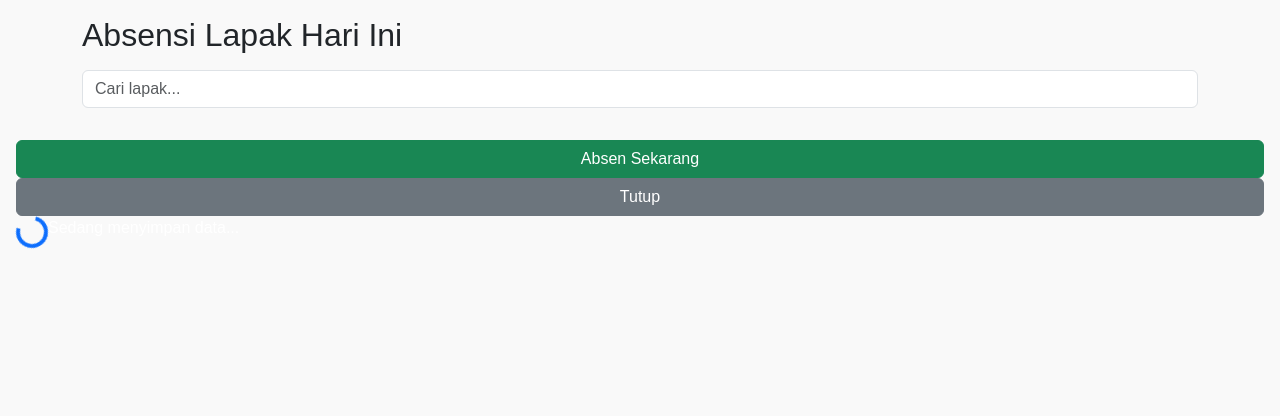
Repository: pasarrakyatbak/absensi
Page: index.html
An editor plug-in stored every save of this project. The page is shown before and after the next save, followed by the edit.
The browser window is 1280 px wide. The pictures show the whole page.
The page's requests for data from a server got no answer.

Above is the page before, as saved 2025-09-22 00:11:59.

After the next save:
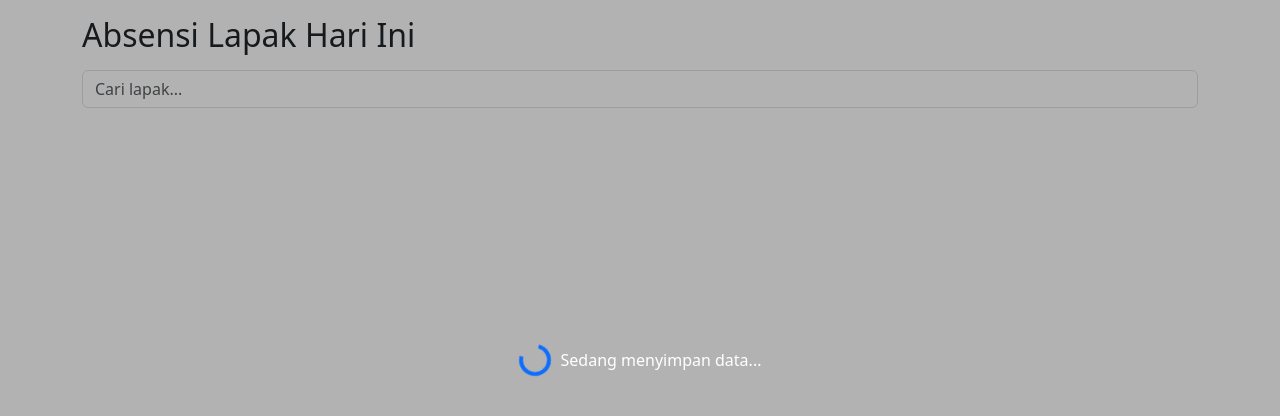
Saved 8 s later.
--- a/style.css
+++ b/style.css
@@ -1,23 +1,51 @@
-body {
-    background: #f9f9f9;
-    font-family: 'Poppins', sans-serif;
+.lapak-card {
+    cursor: pointer;
+    transition: transform 0.2s;
 }
 
-.lapak-card {
-    transition: transform 0.2s;
-    cursor: pointer;
-    user-select: none;
+.lapak-card:hover:not(.disabled) {
+    transform: scale(1.05);
 }
 
-.lapak-card:hover {
-    transform: scale(1.02);
-}
-
-.lapak-card.disabled {
+.disabled {
     pointer-events: none;
     opacity: 0.7;
 }
 
-.text-success {
-    font-weight: bold;
+#absensiModal {
+    display: none;
+    position: fixed;
+    top: 0;
+    left: 0;
+    width: 100%;
+    height: 100%;
+    background: rgba(0, 0, 0, 0.5);
+    justify-content: center;
+    align-items: center;
+    z-index: 9999;
 }
+
+#absensiModal .modal-content {
+    background: #fff;
+    padding: 20px;
+    border-radius: 8px;
+    width: 300px;
+    text-align: center;
+}
+
+#absensiLoading {
+    display: none;
+    position: fixed;
+    top: 0;
+    left: 0;
+    width: 100%;
+    height: 100%;
+    background: rgba(0, 0, 0, 0.3);
+    justify-content: center;
+    align-items: center;
+    z-index: 9998;
+}
+
+#absensiLoading .spinner-border {
+    margin-right: 10px;
+}
